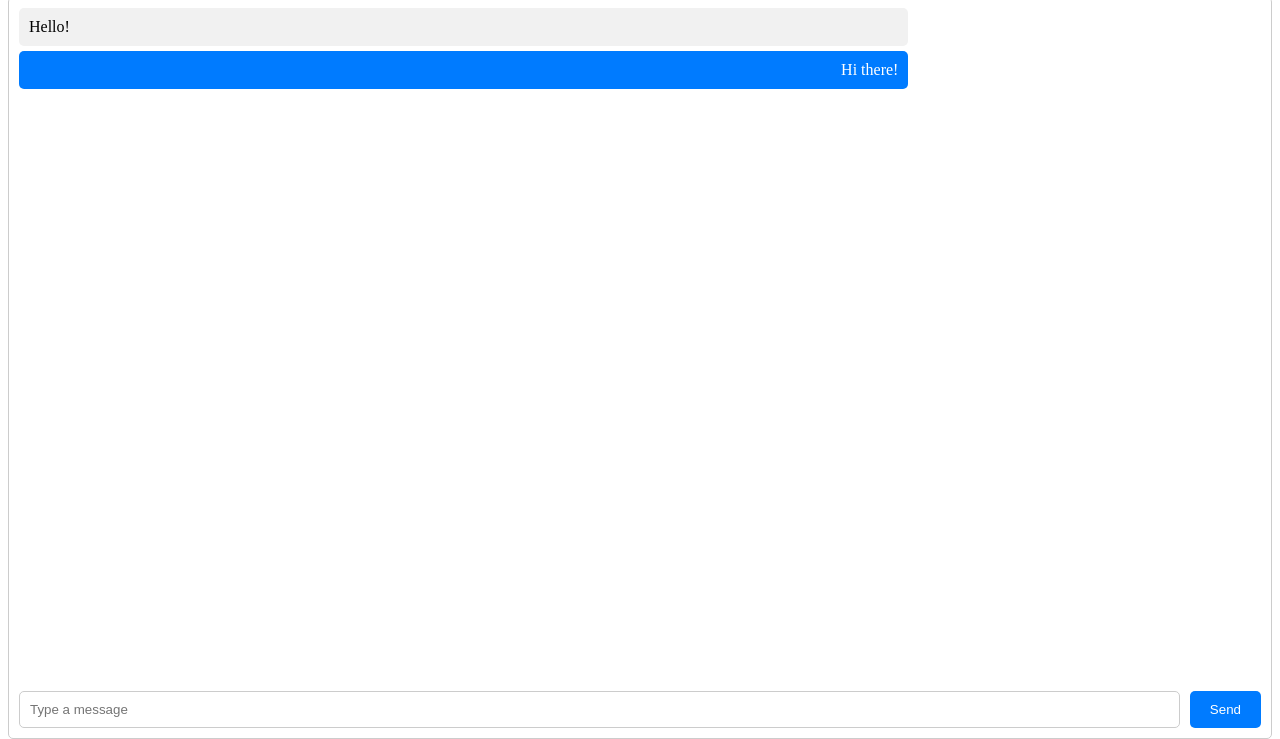
Repository: CryptoFamilyNFT/develhope
Page: / (app in vite/v1/)
An editor plug-in stored every save of this project. The page is shown before and after the next save, followed by the edit.
The browser window is 1280 px wide. The pictures show the whole page.
The project was rebuilt for these pictures with package versions that can differ from the ones it lists, and the page was loaded fresh each time. Also part of the build but not shown: vite/v1/vite.config.js.

Above is the page before, as saved 2025-02-12 10:43:51.

After the next save:
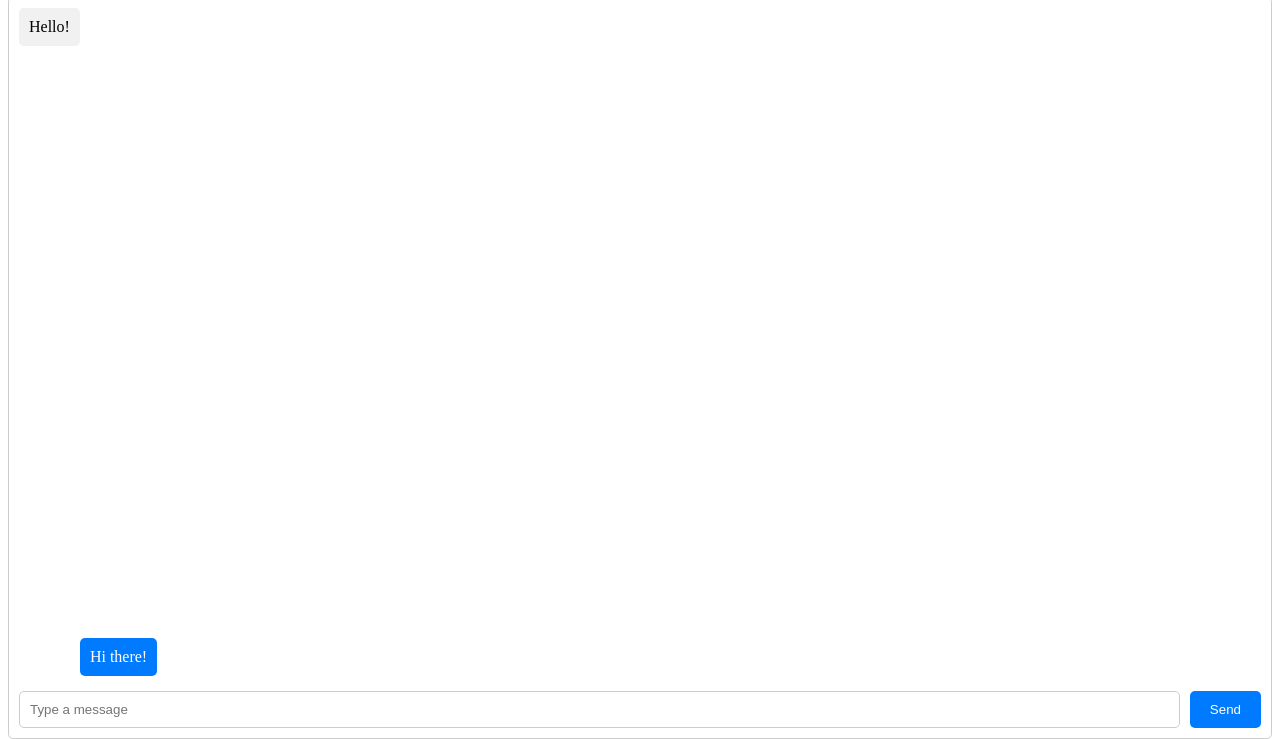
Saved 2 min 30 s later.
--- a/vite/v1/src/components/Chat.jsx
+++ b/vite/v1/src/components/Chat.jsx
@@ -15,6 +15,7 @@ const styles = {
         flex: 1,
         overflowY: 'auto',
         marginBottom: '10px',
+        display: 'flex',
     },
     message: {
         padding: '10px',
